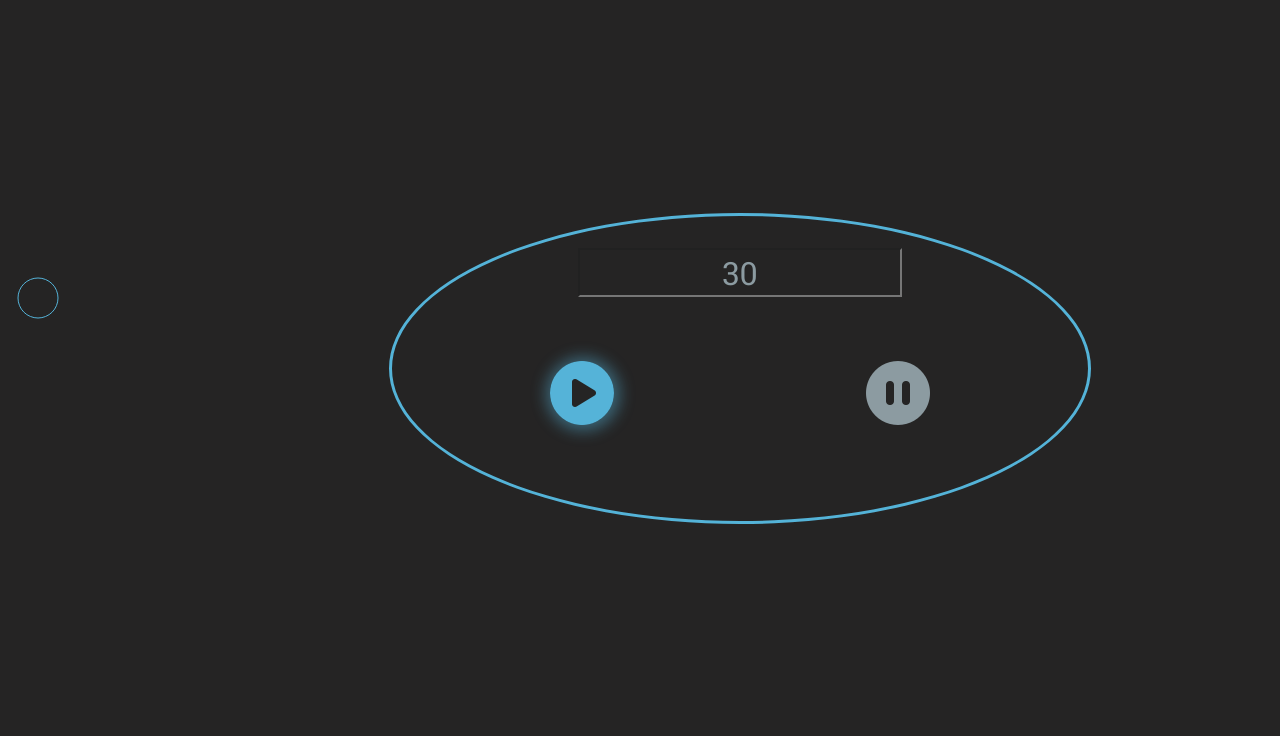
Repository: Sbethm/javascript-challenges
Page: index.html
An editor plug-in stored every save of this project. The page is shown before and after the next save, followed by the edit.
The browser window is 1280 px wide. The pictures show the whole page.
Some web libraries are served in a nearby version. The style sheet was rebuilt from its Sass, Less or Tailwind sources for each picture, by a compiler version that may differ from the author's.

Above is the page before, as saved 2021-09-17 15:29:18.

After the next save:
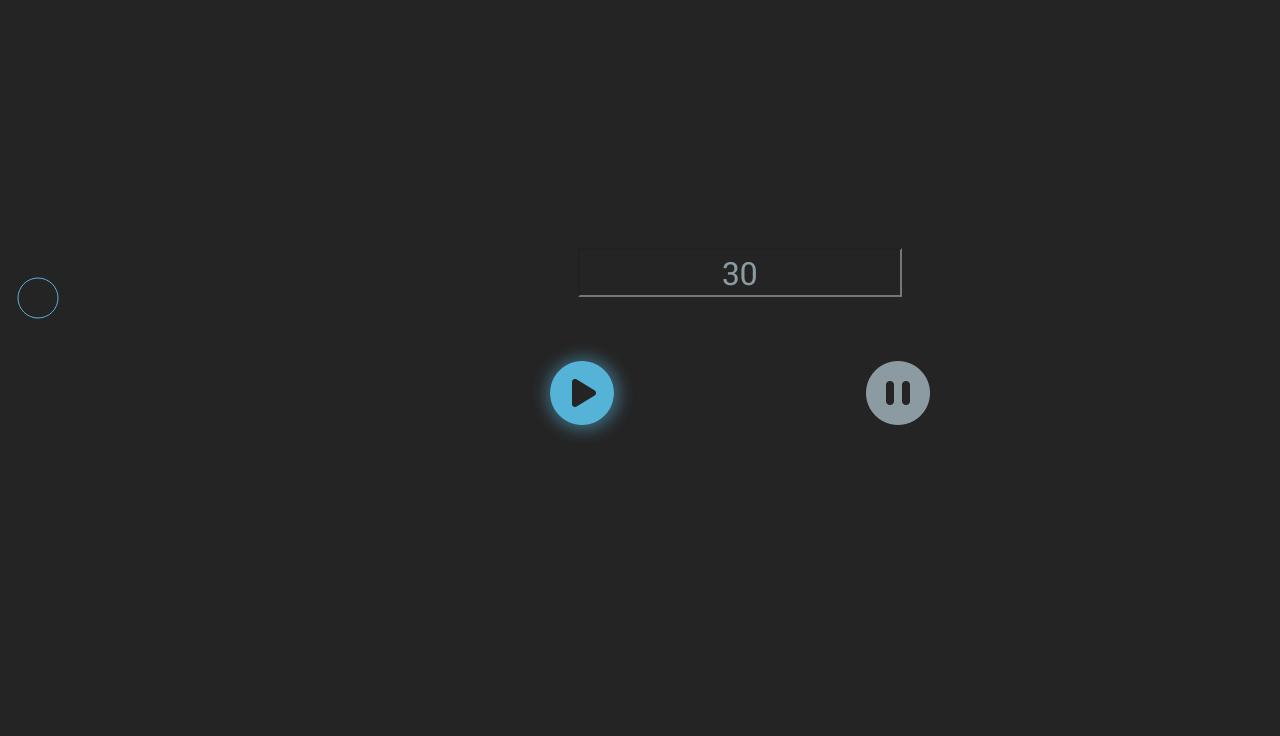
Saved 6 s later.
--- a/SCSS/main.scss
+++ b/SCSS/main.scss
@@ -23,10 +23,6 @@ circle {
     width: Max(500px, 50%);
     padding: 1em;
     margin: 0 auto;
-
-    background-color: rgb(37, 36, 36);
-    border: solid 3px rgb(84, 179, 216);
-    border-radius: 100%;
     //Used to style Input font
     font-family: 'Roboto Slab', serif;
     font-size: 2rem;
